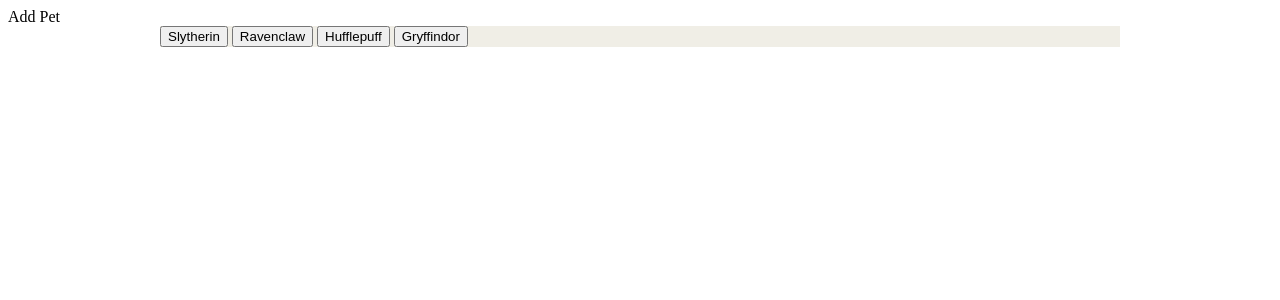
Repository: ZamlZam/INDIVIDUAL-PROJECT-sorting-hat
Page: index.html
An editor plug-in stored every save of this project. The page is shown before and after the next save, followed by the edit.
The browser window is 1280 px wide. The pictures show the whole page.

Above is the page before, as saved 2023-05-02 19:50:19.
Console error: ReferenceError: form is not defined

### index.html
<!DOCTYPE html>
<html lang="en">
<head>
  <meta charset="UTF-8">
  <meta http-equiv="X-UA-Compatible" content="IE=edge">
  <meta name="viewport" content="width=device-width, initial-scale=1.0">
  <title>Document</title>
  <link rel ="stylesheet" href="main.css">
</head>
<body>
  <div id="app"></div>
  <div id ="newUser"></div>
  <div id ="expelled"></div>
  <!
  <button type="submit" class="btn btn-success" id="form-submit">Add Pet</button>
     <!-- Footer with flex-container -->
    <div class="card-footer">
      <!-- <div class="flex-container"> -->
      <div class="House-btn">
        <button type="button" class= "btn btn-outline-dark" id ='one'>Slytherin</button>
        <button type="button" class="btn btn-outline-dark" id ='two'>Ravenclaw</button>
        <button type="button" class="btn btn-outline-dark" id = 'three'>Hufflepuff</button>
        <button type="button" class="btn btn-outline-dark" id="four">Gryffindor</button>
      </div>
    </div>



    <script src="https://cdn.jsdelivr.net/npm/bootstrap@5.1.3/dist/js/bootstrap.bundle.min.js" integrity="sha384-ka7Sk0Gln4gmtz2MlQnikT1wXgYsOg+OMhuP+IlRH9sENBO0LRn5q+8nbTov4+1p" crossorigin="anonymous"></script>
    <script src="main.js"></script>


</body>
</html>

### main.css
.card-header {
  width: 100%;
  height: 50px;
  background: rgb(170, 141, 12);
  color: rgb(49, 88, 42);
  text-align: center;
  align-items: center;
  font-size: 30px;
  /* display:flex; */
  justify-content: center;
  font-weight:500;
}


.card-body {
  background: rgb(49, 88, 42);
  color: rgb(170, 141, 12);
  text-align: center;
  align-items: center;
}

.card-footer{
  width: 100%;
  max-width: 960px;
  margin: 0 auto;
  background: rgb(240, 238, 230);
  align-items: center;
  /* font-size: 30px; */
}

.Houses{
  display: flex;

}

.button{
  height: 100px;
  width: 100px;
  flex-grow: 1;
  flex-shrink: 1;

}

.one{
  background-color: green;
  color: #0f0f0f;
}

.two{
  background-color: blue;
  color: #946B2D;
}

.three{
  background-color: gold;
  color: #60605C;
}

.four{
  background-color: #740001;
  color: #D3A625;
}

.row{
  display: flex;
}

### main.js
const Houses=[{
  id: 1,
  name: "",
  house: 'Slytherin',

},

{
  id: 2,
  name:"",
  house: 'Ravenclaw',

},

{
id: 3,
name: "",
house: 'Hufflepuff',
imageUrl: ""
},

{
  id: 4,
  name: "",
  house: 'Gryffindor',

},

]

const renderToDom = (divId, htmlToRender) => {
  const selectedDiv = document.querySelector(divId);
  selectedDiv.innerHTML = htmlToRender;
};

const start= ()=>{
   const domString = `<div class="card" style="width: 18rem;" >
       <div class="header">Welcome!</div>
       <div class="body">
       <h5 class="title"> Sorting Hat </h5>
       <p>To continue, please press Sort</p>
       <button class="btn btn-primary" id="sort">
       </button>
       </div>`;
renderToDom ("#app", domString);
}

//New user card
const userCards = (array) =>{
  let domString ="";
for (user of array){
  domString += `<div class="card" style="width: 18rem;" >
      <div class="body">
      <h5 class="card-title">${user.house}</h5>
      <p class= "card-txt">${user.name}</p>
      <button class="btn btn-danger" id="expel--${user.id}">expel</button>
     </div>
     </div>`;
  renderToDom ("#newUser", domString);
}
}

//expel
const expelCards = (array) =>{
  let domString ="";
  for (user of array) ()=> {
  domString += `<div class="card" style="width: 18rem;" >
      <div class="body">
      <h5 class="card-title">${user.name}</h5>
      <p class= "card-txt"> EXPELLED </p>
     </div>
     </div>`;
   renderToDom ("#expelled", domString);
  }
}


const sort= () =>{

  const random = Math.floor(Math.random() * 4) +1;
  let randomHouse="";

  switch (random){
    case 1:
      randomHouse = "Slytherin";
      break;
    case 2:
       randomHouse = "Ravenclaw";
       break;
    case 3:
      randomHouse ="Hufflepuff";
      break;
    case 4:
      randomHouse = "Gryffindor";
      break;

  }

       const newUserObj ={
       id: Houses.length +1,
       name: document.querySelector('#name').value,
       house: randomHouse,

       }

    Houses.push(newUserObj);
    cardsOnDom(Houses);
    form.reset();

    }
    form.addEventListener('submit', createPet);

    const app = document.querySelector("#app");

    app.addEventListener('click', (e) => {
      if (e.target.id.includes("delete")) {

        const [, id] = e.target.id.split("--");


        const index = pets.findIndex(e => e.id === Number(id));


        pets.splice(index, 1);


        cardsOnDom(pets);
      }
    });




























const showSlytherinButton = document.querySelector("#one");
const showRavenclawButton = document.querySelector("#two");
const showHufflepuffButton = document.querySelector("#three");
const showGryffindorButton = document.querySelector("#four");


//Add click event to show  on button click using the function we created above
showSlytherinButton.addEventListener('click', () => {
const houseType1 = filter(Houses, 'Slytherin');
cardsOnDom(houseType1);
alert("click");

})
// 3. Add click event to filter  whose favorite pet is dog on button click
showRavenclawButton.addEventListener('click', () => {
const houseType2 = filter(Houses, 'Ravenclaw');
cardsOnDom(houseType2);
alert("click");

});

showHufflepuffButton.addEventListener('click', () => {
const houseType3 = filter(Houses, 'Hufflepuff');
cardsOnDom(houseType3);
alert("click");

});

showGryffindorButton.addEventListener('click', () => {
const houseType4 = filter(Houses, 'Gryffindor');
cardsOnDom(houseType4);
alert("click");

});

const init = () => {
  start();
  userCards();
  expelCards();


};

init();

After the next save:
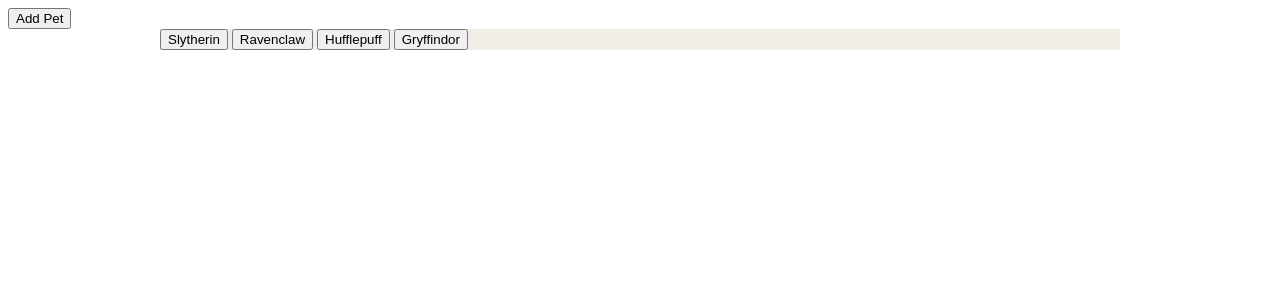
Saved 4 s later.
--- a/index.html
+++ b/index.html
@@ -11,7 +11,7 @@
   <div id="app"></div>
   <div id ="newUser"></div>
   <div id ="expelled"></div>
-  <!
+  <!---->
   <button type="submit" class="btn btn-success" id="form-submit">Add Pet</button>
      <!-- Footer with flex-container -->
     <div class="card-footer">
